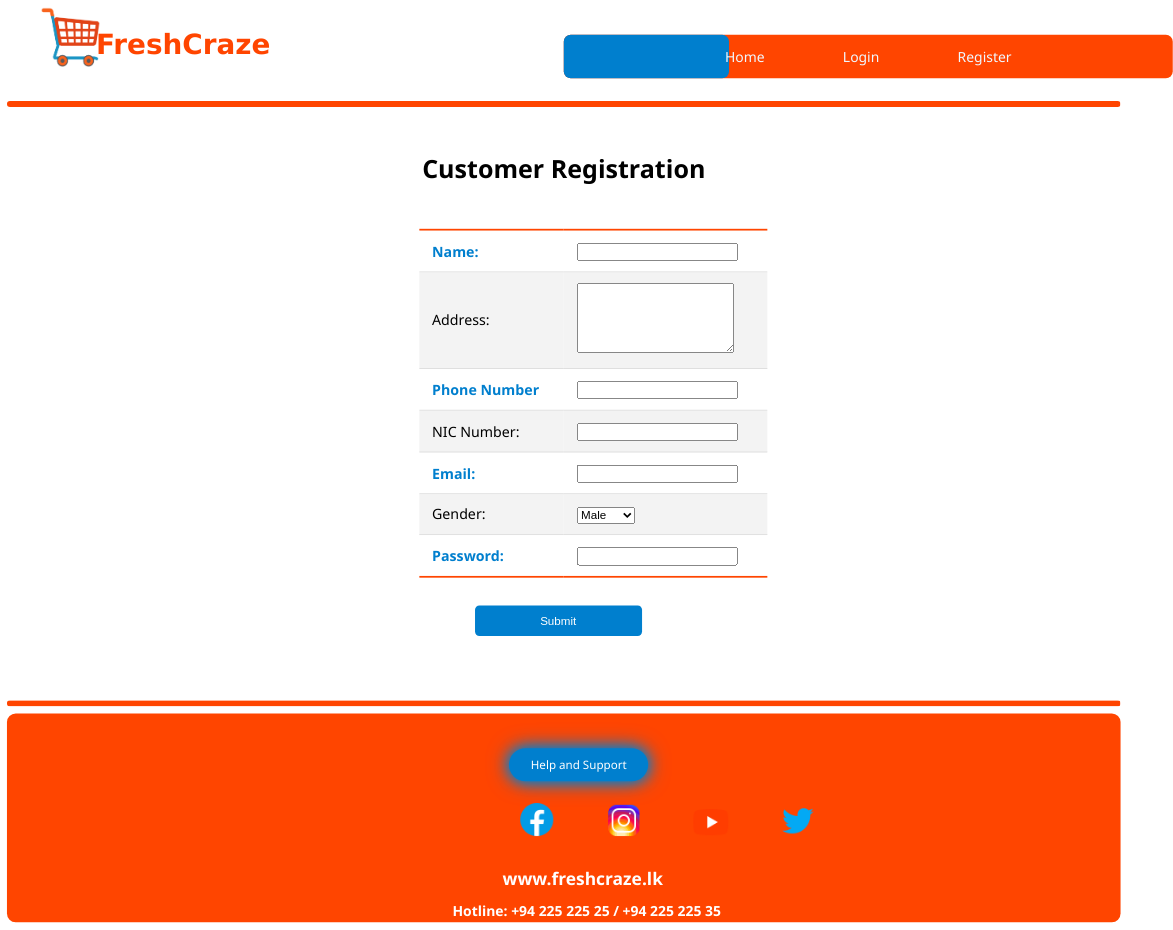
Repository: chamarac2002/FreshCraze
Page: http://localhost/CustomerDemo/customerinsert.jsp
The author's editor kept a copy of each file at every save. The page is drawn from the files as they stood at one save, then again after the next save.
The browser window is 1280 px wide. The page is 1348 px wide, so the pictures cover 1348 px, including what lies to the right of the window. The pictures show the whole page, at 87% of full size.
The page is served by Tomcat 9. Nobody is signed in. The application's start-up code is not run. Other server files are loaded and not shown.

Above is the page before, as saved 2024-05-11 08:47:19.

### CustomerDemo/src/main/webapp/customerinsert.jsp
<%@ page language="java" contentType="text/html; charset=ISO-8859-1"
    pageEncoding="ISO-8859-1"%>
<!DOCTYPE html>

<html lang="en">
<head>
    <meta charset="UTF-8">
    <meta name="viewport" content="width=device-width, initial-scale=1.0">
    <title>Home Page</title>

    <link rel="stylesheet" href="Styles/insertStyle.css">
</head>

<body>

<img src="images\logo.png" class="logo" >

    <h1 class="logo_topic">FreshCraze</h1>

    <nav class="navbar">
        <a href="HomePage.jsp">Home</a>
        <a href="login.jsp">Login</a>
        <a href="customer registration.html">Register</a>
        <span></span>
    </nav>

<hr class="topic_line">

<h1 class = "head">Customer Registration</h1>

<form action="insert" method="post">
	<table class = "table">

   		<tbody>
		<tr class="active-row">
			<td>Name:</td>
			<td><input type="text" name="name"></td>
		</tr>
		<tr>
			<td>Address:</td>
			<td><textarea name="address" rows="5" cols="20"></textarea></td>
		</tr>
		<tr class="active-row">
			<td>Phone Number</td>
			<td><input type="tel" name="phone"></td>
		</tr>
		<tr>
			<td>NIC Number:</td>
			<td><input type="text" name="nic"></td>
		</tr>
		<tr class="active-row">
			<td>Email:</td>
			<td><input type="email" name="email"></td>
		</tr>
		<tr>
			<td>Gender:</td>
			<td><select name = "gender" >
					<option value = "Male">Male</option>
					<option value = "Female">Female</option>
					<option value = "Other">Other</option>
				</select>
		</tr>
		<tr class="active-row">
			<td>Password:</td>
			<td><input type="password" name="pass"></td>
		</tr>
    </tbody>
	</table>
	<input type="submit" name="submit" class="sub" value="Submit"><br><br><br>
</form>


<hr class="footer_line">

<div class="footer">
    <a href="link" target="_blank">
    <button type="button" class="help_button">Help and Support</button>
    </a>

    <div class="fb_icon">
        <a href="https://www.facebook.com/" target="_blank"><img src="images/facebook.png"></a>
    </div>

    <div class="insta_icon">
        <a href="https://www.instagram.com/" target="_blank"><img src="images/insta.png"></a>
    </div>

    <div class="twitt_icon">
        <a href="https://www.twitter.com/" target="_blank"><img src="images/Twitter.png"></a>
    </div>

    <div class="yt_icon">
        <a href="https://www.youtube.com/" target="_blank"><img src="images/yt.png"></a>
    </div>
</div>

<div class="contacts">
    <h1 class="link">www.freshcraze.lk</h1>
    <h1>Hotline: +94 225 225 25 / +94 225 225 35</h1>
</div>

</body>
</html>

### CustomerDemo/src/main/webapp/Styles/insertStyle.css
body{
    background-color: #ffffff;
    background-repeat: no-repeat;
    background-attachment: fixed;
    background-position: center;
    width: 100%;
}

.logo{
    width: 70px;
    height: 70px;
    margin-left: 3%;
}

.logo_topic{
    font-family: verdana;
    margin-left: 8%;
    margin-top: -3.9%;
    color: orangered;
}

.navbar{
    margin-left:50%;
    margin-top:-4%;
    padding: 0;
    box-sizing: border-box;
    font-family: 'Segoe UI';
    display: flex;
    justify-content:center;
    align-items: center;
    min-height: 5vh;

    position:relative;
    background-color: orangered;
    border-radius: 8px;
    width: 700px;
    height: 50px;
    display: flex;
}

nav a{
    position: relative;
    display: inline-block;
    font-size: 1em;
    font-weight: 500;
    color: aliceblue;
    text-decoration: none;
    padding: 45px;
    z-index: 1;
}

nav span{
    position: absolute;
    top: 0;
    left: 0;
    width: 190px;
    height: 100%;
    background-color:rgb(0, 127, 206);
    border-radius: 8px;
    transition: .3s;
}

nav a:nth-child(1):hover~span{
    left: 0;
    width: 190px;
}

nav a:nth-child(2):hover~span{
    left: 190px;
    width: 150px;
}

nav a:nth-child(3):hover~span{
    left:330px;
    width: 150px;
}

nav a:nth-child(4):hover~span{
    left: 470px;
    width: 230px;
}

.topic_line{
    border: none;
    margin-top: 2%;
    border-top: 7px solid orangered;
    border-radius: 10px;
}

.help_button{
    box-shadow:0 0 15px rgb(0, 127, 206),0 0 25px rgb(0, 127, 206);
    border: none;
    width: 160px;
    margin-left: 44%;
    font-family: 'Segoe UI';
    padding: 10px 12px;
    color: #ffffff;
    background-color:rgb(0, 127, 206);
    border-radius: 20px;
}

.help_button:hover{
    box-shadow: 0 0 25px rgb(0, 127, 206);
}

.fb_icon{
    margin-left: 560px;
    margin-top: 20px;
}

.insta_icon{
    margin-left: 660px;
    margin-top: -51px;
}

.yt_icon{
    margin-left: 760px;
    margin-top: -51px;
}

.twitt_icon{
    margin-left: 860px;
    margin-top: -51px;
}

.footer{
    height: 200px;
    background-color: orangered;
    padding-top: 40px;
    padding-left: 25px;
    border-radius: 10px;
}

.footer_line{
    border: none;
    margin-top: 3%;
    border-top: 7px solid orangered;
    border-radius: 10px;
}

.contacts{
    font-size: 8px;
    color:rgb(255, 255, 255);
    font-family: 'Segoe UI';
    margin-left: 40%;
    margin-top: -5%;
}

.link{
    font-size: 20px ;
    margin-top: -6%;
    margin-left: 7.5%;
}

.table {
    border-collapse: collapse;
    margin: 25px 0;
    font-size: 1.02em;
    font-family: 'Segoe UI';
    min-width: 400px;
    margin-left: 37%;
    margin-top: 3%;
}

.head {
	margin-top: 4%;
    text-align: center;
 	margin-bottom: 50px;
 	font-family: 'Segoe UI';
 	font-size: 1.8em;
}

.table th,
.table td {
    padding: 12px 15px;
}

.table tbody tr {
    border-bottom: 1px solid #dddddd;
}

.table tbody tr:nth-of-type(even) {
    background-color: #f3f3f3;
}

.table tbody tr:last-of-type {
    border-bottom: 2px solid orangered;
}

.table tbody tr:first-of-type {
    border-top: 2px solid orangered;
}

.table tbody tr.active-row {
    font-weight: bold;
    color: rgb(0, 127, 206);
}

.sub {
  	margin-left: 42%;
    margin-top: 0.5%;
    text-align: center;
    color : #ffffff;
  	width: 15%;
	padding: 10px;
 	background-color: rgb(0, 127, 206);
 	border: none;
 	border-radius: 5px;
 	cursor: pointer;
}

.sub:hover{
    background-color: orangered;
}

After the next save:
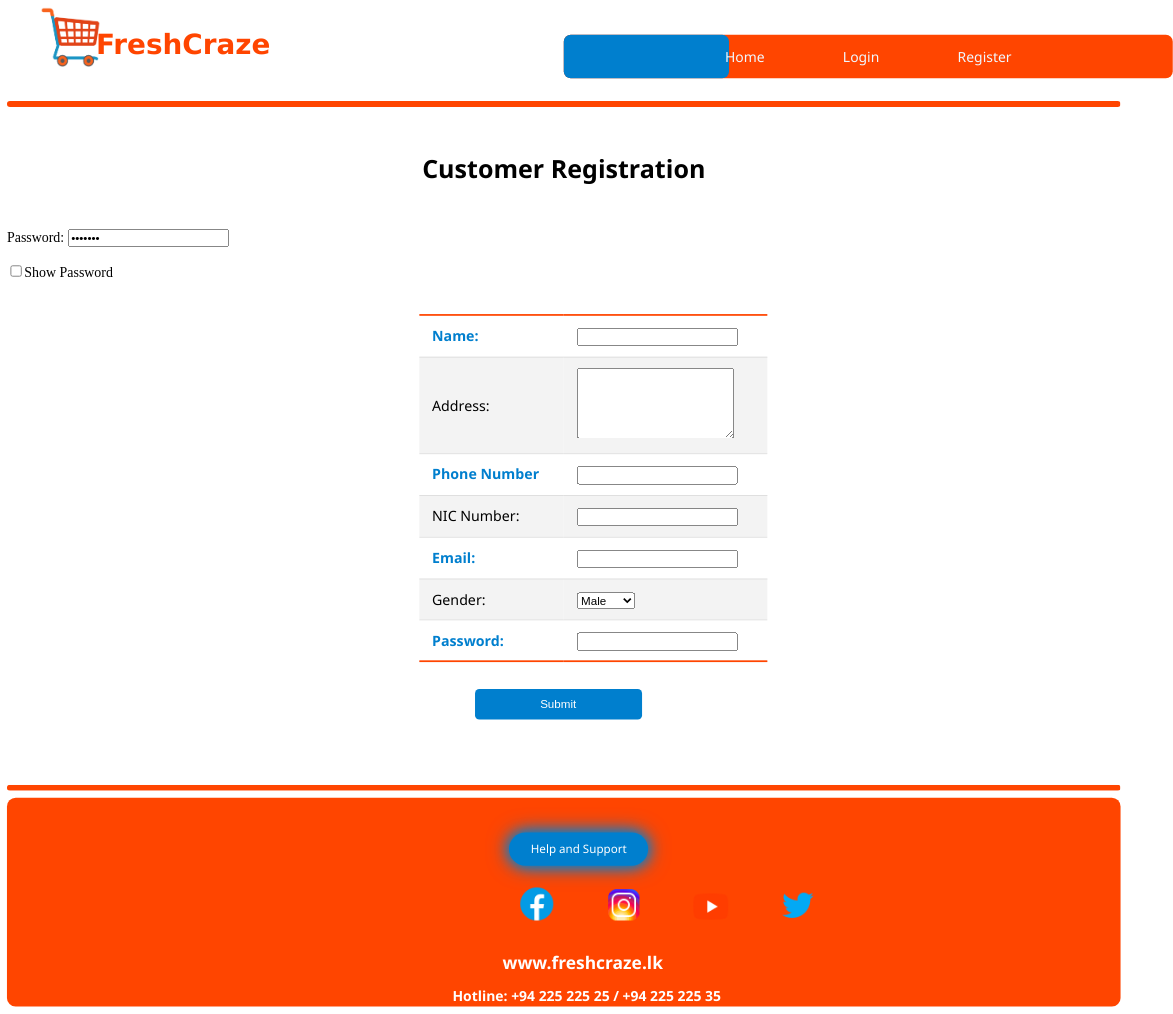
Saved 2 min 14 s later.
--- a/CustomerDemo/src/main/webapp/customerinsert.jsp
+++ b/CustomerDemo/src/main/webapp/customerinsert.jsp
@@ -64,6 +64,24 @@
 			<td>Password:</td>
 			<td><input type="password" name="pass"></td>
 		</tr>
+
+		<tr>
+		Password: <input type="password" value="FakePSW" id="myInput"><br><br>
+		<input type="checkbox" onclick="myFunction()">Show Password
+
+		<script>
+		function myFunction() {
+		  var x = document.getElementById("myInput");
+		  if (x.type === "password") {
+		    x.type = "text";
+		  } else {
+		    x.type = "password";
+		  }
+		}
+		</script>
+		</tr>
+
+
     </tbody>
 	</table>
 	<input type="submit" name="submit" class="sub" value="Submit"><br><br><br>
